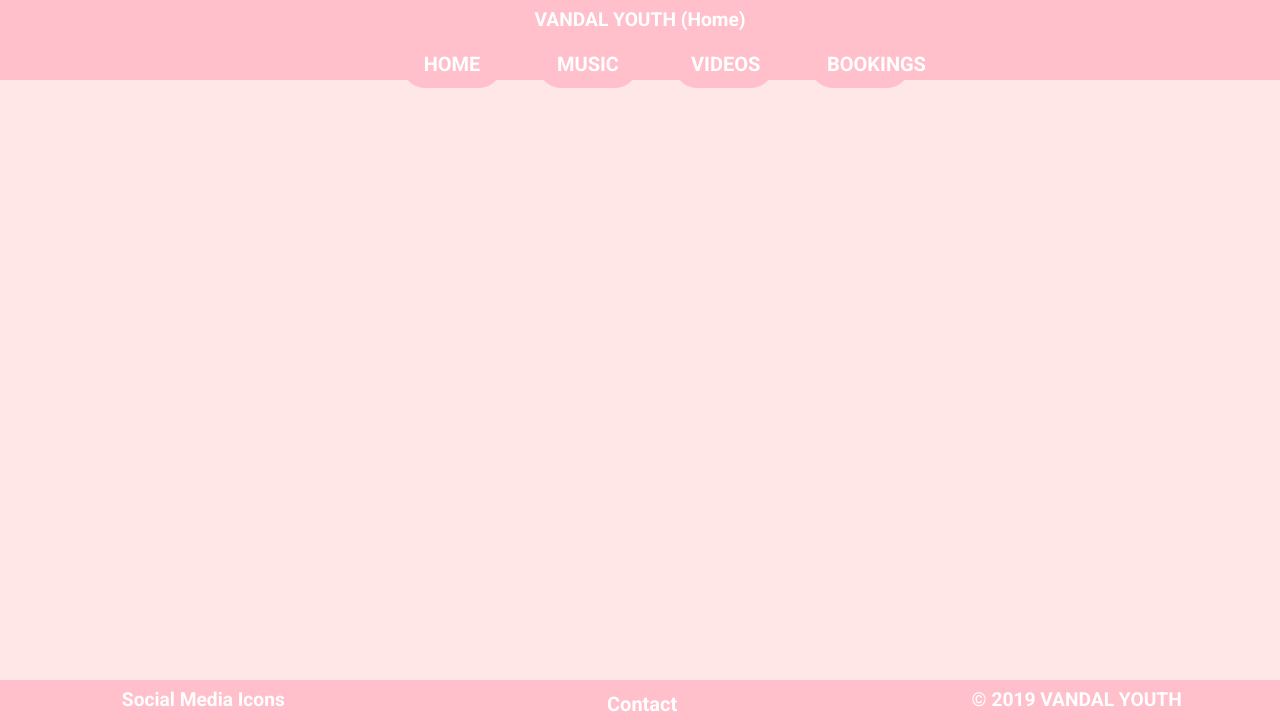
Repository: dof-bull/ci_milestone_project_1_Vandal_Youth
Page: index.html
The author's editor kept a record of every edit. The page is drawn from the files as they stood at one moment, then again after the next edit.
The browser window is 1280 px wide. The pictures show the whole page.

Above is the page before.

### index.html
<!DOCTYPE html>
<html lang="en">

<head>
    <meta charset="UTF-8">
    <meta name="viewport" content="width=device-width, initial-scale=1.0">
    <meta http-equiv="X-UA-Compatible" content="ie=edge">
    <link rel="stylesheet" href="https://stackpath.bootstrapcdn.com/bootstrap/4.3.1/css/bootstrap.min.css" integrity="sha384-ggOyR0iXCbMQv3Xipma34MD+dH/1fQ784/j6cY/iJTQUOhcWr7x9JvoRxT2MZw1T" crossorigin="anonymous">
    <link href="https://stackpath.bootstrapcdn.com/font-awesome/4.7.0/css/font-awesome.min.css" rel="stylesheet" integrity="sha384-wvfXpqpZZVQGK6TAh5PVlGOfQNHSoD2xbE+QkPxCAFlNEevoEH3Sl0sibVcOQVnN" crossorigin="anonymous">
    <link href="https://fonts.googleapis.com/css?family=Roboto:400,700&display=swap" rel="stylesheet">
    <link rel="stylesheet" href="assets/css/style.css" type="text/css" />
    <title>Vandal Youth | Official Site</title>
</head>

<body>
    <header>
        <h1 class="container-fluid band-name-top">VANDAL YOUTH (Home)</h1>
    </header>

    <!--********NAVBAR********-->
    <div class="container-fluid">
        <nav>
            <ul>
                <li><a class="btn btn-lg btn--cta btn--pink" href="index.html">HOME</a></li>
                <li><a class="btn btn-lg btn--cta btn--pink" href="music.html">MUSIC</a></li>
                <li><a class="btn btn-lg btn--cta btn--pink"href="videos.html">VIDEOS</a></li>
                <li><a class="btn btn-lg btn--cta btn--pink"href="bookings.html">BOOKINGS</a></li>
            </ul>
        </nav>
    </div>
    <!--********/NAVBAR********-->


    <section>

    </section>

    <!--********FOOTER********-->
    <footer>
        <div class="container-fluid footer">
            <div class="row">
                <div class="col">
                    Social Media Icons
                </div>
                <div class="col">
                    <p><button class="btn btn-lg btn--cta btn--pink" data-toggle="modal" data-target="#signUpModal">Contact us</button></p>
                </div>
                <div class="col">
                    © 2019 VANDAL YOUTH
                </div>
            </div>
        </div>
    </footer>
    <!--********/FOOTER********-->

    <!--  Modal -->
    <div class="modal" tabindex="-1" role="dialog" id="signUpModal">
        <div class="modal-dialog" role="document">
            <div class="modal-content">
                <div class="modal-header">
                    <h5 class="modal-title">Get in touch with us for any questions, bookings or collaborations.</h5>


                    <button type="button" class="close" data-dismiss="modal" aria-label="Close">
          <span aria-hidden="true">&times;</span>
        </button>
                </div>
                <div class="modal-body">
                    <form>
                        <div class="form-group">
                            <label for="recipient-name" class="col-form-label">Name:</label>
                            <input type="text" class="form-control" id="recipient-name">
                        </div>
                        <div class="form-group">
                            <label for="exampleInputEmail1">Email address</label>
                            <input type="email" class="form-control" id="exampleInputEmail1" aria-describedby="emailHelp" placeholder="Enter email">
                            <small id="emailHelp" class="form-text text-muted">We'll never share your email with anyone else.</small>
                        </div>
                        <div class="form-group">
                            <label for="message-text" class="col-form-label">Message:</label>
                            <textarea class="form-control" id="message-text"></textarea>
                        </div>
                        <button type="submit" class="btn btn-success">Submit</button>
                    </form>
                </div>
            </div>
        </div>
    </div>
    <!--  /Modal -->

    <script src="https://code.jquery.com/jquery-3.3.1.slim.min.js" integrity="sha384-q8i/X+965DzO0rT7abK41JStQIAqVgRVzpbzo5smXKp4YfRvH+8abtTE1Pi6jizo" crossorigin="anonymous"></script>
    <script src="https://cdnjs.cloudflare.com/ajax/libs/popper.js/1.14.7/umd/popper.min.js" integrity="sha384-UO2eT0CpHqdSJQ6hJty5KVphtPhzWj9WO1clHTMGa3JDZwrnQq4sF86dIHNDz0W1" crossorigin="anonymous"></script>
    <script src="https://stackpath.bootstrapcdn.com/bootstrap/4.3.1/js/bootstrap.min.js" integrity="sha384-JjSmVgyd0p3pXB1rRibZUAYoIIy6OrQ6VrjIEaFf/nJGzIxFDsf4x0xIM+B07jRM" crossorigin="anonymous"></script>


</body>

</html>

### assets/css/style.css
html {
    background-color: #FFE6E7;
}

body {
    font-family: 'Roboto', sans-serif;
    background-color: #fdfdfd;
}

.container-fluid {
    padding: 0px
}

/* Header */

.band-name-top {
    font-weight: bold;
    text-align: center;
    background-color: pink;
    color: white;
    font-size: 1.2em;
    line-height: 40px;
    height: 40px;
    display: inline-block;
    margin-left: 2.5%;
    list-style: none;
    margin: 0;
    padding: 0;
}


/* Navbar */

nav {
    font-weight: bold;
}

nav ul {
    list-style: none;
    background-color: pink;
    text-align: center;
    margin: 0;
    padding: 0;
}

nav li {
    font-size: 1.2em;
    line-height: 40px;
    height: 40px;
    display: inline-block;
    margin-left: 2.5%
}

nav a {
    text-decoration: none;
    color: #fff;
    display: block
}

nav a:hover {
    background-color: #fff;
    color: #4a4a4f;
    list-style: none;
}



/* Footer */

.footer {
    font-weight: bold;
    position: fixed;
    left: 0;
    bottom: 0;
    width: 100%;
    background-color: pink;
    color: white;
    text-align: center;
    font-size: 1.2em;
    line-height: 40px;
    height: 40px;
    display: inline-block;
    margin-left: 2.5%;
    list-style: none;
    margin: 0;
    padding: 0;
}


/* Modal */


/* Buttons */

.btn--cta {
    font-weight: bold;
    border-radius: 23px;
    width: 100px;
}

.btn--pink {
    color: white;
    background-color: pink;
    border-color: pink;
}

.btn--pink:hover,
.btn--pink:active,
.btn--pink:focus,
.btn--pink:active:focus {
    background-color: white;
    border-color: white;
    color: pink;
}

After the next edit:
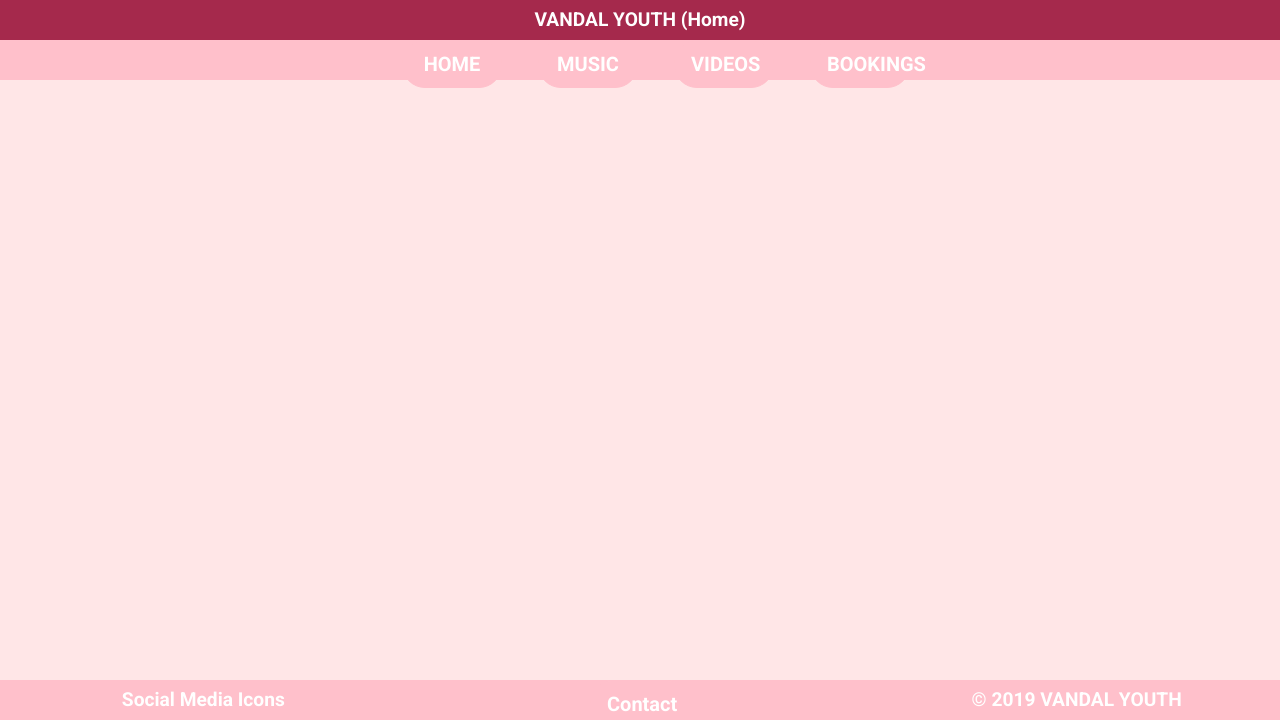
The edit:
--- a/assets/css/style.css
+++ b/assets/css/style.css
@@ -16,7 +16,7 @@
 .band-name-top {
     font-weight: bold;
     text-align: center;
-    background-color: pink;
+    background-color: #a5294c;
     color: white;
     font-size: 1.2em;
     line-height: 40px;
